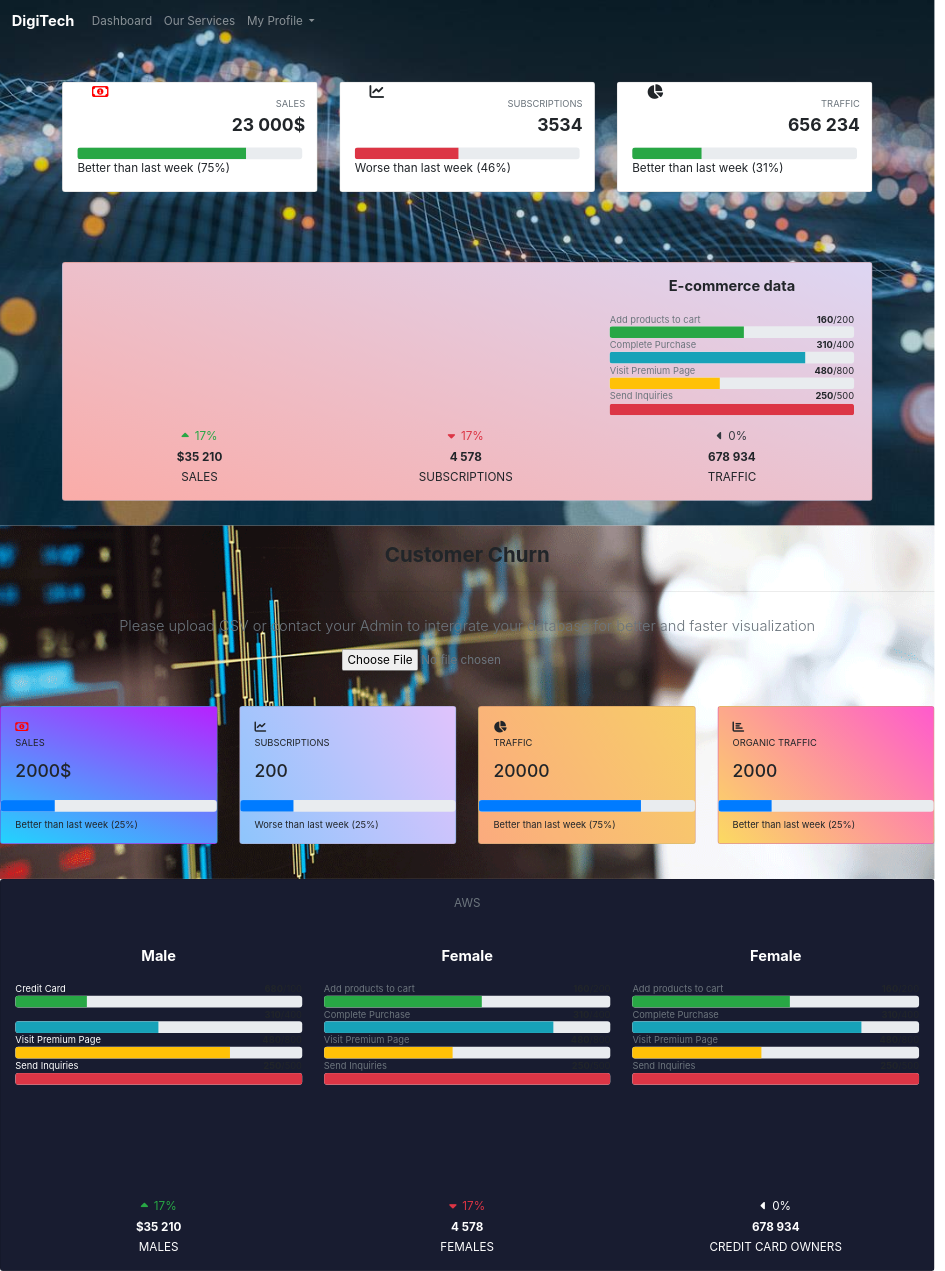
Repository: Tookliin/DigiTech
Page: /data
These files come from the project's save history. The page is drawn as it stood at one moment and after the next save; the edit follows.
The browser window is 1280 px wide. The page is 1295 px wide, so the pictures cover 1295 px, including what lies to the right of the window. The pictures show the whole page, at 73% of full size.
The project was rebuilt for these pictures with package versions that can differ from the ones it lists, and the page was loaded fresh each time. Also part of the build but not shown: src/components/Dashboard.vue, src/components/Profile.vue, src/components/Error.vue, src/components/Register.vue.

Above is the page before, as saved 2020-07-22 09:31:59.

### src/App.vue
<template>
  <div id="app">
    <main class="">
  <nav class="navbar fixed-top navbar-expand-lg navbar-dark scrolling-navbar">
        <a class="navbar-brand" href="/"><strong>DigiTech</strong></a>
        <button class="navbar-toggler" type="button" data-toggle="collapse" data-target="#navbarSupportedContent" aria-controls="navbarSupportedContent" aria-expanded="false" aria-label="Toggle navigation">
            <span class="navbar-toggler-icon"></span>
        </button>
        <div class="collapse navbar-collapse" id="navbarSupportedContent">
            <ul class="navbar-nav mr-auto">
              <router-link to="/">
              <a class="nav-link">Dashboard <span class="sr-only">(current)</span></a></router-link>

                <router-link to="/profile">
                  <a class="nav-link" >Our Services</a>
                </router-link>


                 <li class="nav-item dropdown">
          <a class="nav-link dropdown-toggle" id="navbarDropdownMenuLink-4" data-toggle="dropdown" aria-haspopup="true"
            aria-expanded="false">
           My Profile
          </a>
          <div class="dropdown-menu dropdown-menu-right dropdown-info" aria-labelledby="navbarDropdownMenuLink-4">
             <router-link to="/data">
             <a class="dropdown-item">Account</a></router-link>

             <router-link to="/register">
             <a class="dropdown-item">Register</a></router-link>

             <router-link to="/logout">
             <a class="dropdown-item">Log out</a></router-link>



            <!-- <a class="dropdown-item" href="/data">Our Clients</a> -->
          </div>
        </li>
            </ul>
        </div>
    </nav>
    </main>
    <router-view/>
  </div>
</template>
<script>
export default {
  name: "App",
  components:{

  },
  data(){
    return{}
  }
}
</script>

### src/components/Organization.vue
<template>

<div class="">
<div class="data" style="height: 100vh;">

<div class="container ">
    <div class="row">
      <div class="col-lg-4 col-md-12 py-5 my-5">
        <div class="card mt-3">

          <div class="">
            <i class="far fa-money-bill-alt fa-lg primary-color z-depth-2 p-4 ml-3 mt-n3 rounded text-black"></i>
            <div class="float-right text-right p-3">
              <p class="text-uppercase text-muted mb-1"><small>sales</small></p>
              <h4 class="font-weight-bold mb-0">23 000$</h4>
            </div>
          </div>

          <div class="card-body pt-0">
            <div class="progress md-progress">
              <div class="progress-bar bg-success" role="progressbar" style="width: 75%" aria-valuenow="75" aria-valuemin="0"
                aria-valuemax="100"></div>
            </div>
            <p class="card-text">Better than last week (75%)</p>
          </div>
        </div>
      </div>

      <div class="col-lg-4 col-md-6 my-5 py-5">
        <div class="card mt-3">
          <div class="">
            <i class="fas fa-chart-line fa-lg teal z-depth-2 p-4 ml-3 mt-n3 rounded text-black"></i>
            <div class="float-right text-right p-3">
              <p class="text-uppercase text-muted mb-1"><small>subscriptions</small></p>
              <h4 class="font-weight-bold mb-0">3534</h4>
            </div>
          </div>
          <div class="card-body pt-0">
            <div class="progress md-progress">
              <div class="progress-bar bg-danger" role="progressbar" style="width: 46%" aria-valuenow="46" aria-valuemin="0"
                aria-valuemax="100"></div>
            </div>
            <p class="card-text">Worse than last week (46%)</p>
          </div>
        </div>
      </div>

      <div class="col-lg-4 col-md-6 my-5 py-5">
        <div class="card mt-3">
          <div class="">
            <i class="fas fa-chart-pie fa-lg purple z-depth-2 p-4 ml-3 mt-n3 rounded text-black"></i>
            <div class="float-right text-right p-3">
              <p class="text-uppercase text-muted mb-1"><small>traffic</small></p>
              <h4 class="font-weight-bold mb-0">656 234</h4>
            </div>
          </div>
          <div class="card-body pt-0">
            <div class="progress md-progress">
              <div class="progress-bar bg-success" role="progressbar" style="width: 31%" aria-valuenow="31" aria-valuemin="0"
                aria-valuemax="100"></div>
            </div>
            <p class="card-text">Better than last week (31%)</p>
          </div>
        </div>
      </div>
    </div>


    <!-- Client Behaviour -->
 <section>
      <div class=" client-card card">
        <div class="card-body mr-md-1">
          <div class="row mb-3">
            <div class="col-md-8 mb-4">
              <canvas id="barChart" height="100"></canvas>
            </div>
            <div class="col-md-4 mb-1 mb-md-0">
              <h5 class="text-center font-weight-bold mb-4">E-commerce data</h5>
              <div class="d-flex justify-content-between">
                <small class="text-muted">Add products to cart</small>
                <small><span><strong>160</strong></span>/<span></span>200</small>
              </div>
              <div class="progress md-progress">
                <div class="progress-bar bg-success" role="progressbar" style="width: 55%" aria-valuenow="55"
                  aria-valuemin="0" aria-valuemax="100"></div>
              </div>
              <div class="d-flex justify-content-between">
                <small class="text-muted">Complete Purchase</small>
                <small><span><strong>310</strong></span>/<span></span>400</small>
              </div>
              <div class="progress md-progress">
                <div class="progress-bar bg-info" role="progressbar" style="width: 80%" aria-valuenow="80"
                  aria-valuemin="0" aria-valuemax="100"></div>
              </div>
              <div class="d-flex justify-content-between">
                <small class="text-muted">Visit Premium Page</small>
                <small><span><strong>480</strong></span>/<span></span>800</small>
              </div>
              <div class="progress md-progress">
                <div class="progress-bar bg-warning" role="progressbar" style="width: 45%" aria-valuenow="45"
                  aria-valuemin="0" aria-valuemax="100"></div>
              </div>
              <div class="d-flex justify-content-between">
                <small class="text-muted">Send Inquiries</small>
                <small><span><strong>250</strong></span>/<span></span>500</small>
              </div>
              <div class="progress md-progress">
                <div class="progress-bar bg-danger" role="progressbar" style="width: 100%" aria-valuenow="100"
                  aria-valuemin="0" aria-valuemax="100"></div>
              </div>
            </div>
          </div>
          <div class="row text-center">
            <div class="col-md-4 mb-4 mb-md-0">
              <p class="text-success mb-1"><i class="fas fa-caret-up mr-2"></i>17%</p>
              <p class="font-weight-bold mb-1">$35 210</p>
              <p class="text-uppercase mb-md-0">Sales</p>
            </div>
            <div class="col-md-4 mb-4 mb-md-0">
              <p class="text-danger mb-1"><i class="fas fa-caret-down mr-2"></i>17%</p>
              <p class="font-weight-bold mb-1">4 578</p>
              <p class="text-uppercase mb-md-0">Subscriptions</p>
            </div>
            <div class="col-md-4 mb-0">
              <p class="text-dark mb-1"><i class="fas fa-caret-left mr-2"></i>0%</p>
              <p class="font-weight-bold mb-1">678 934</p>
              <p class="text-uppercase mb-0">Traffic</p>
            </div>
          </div>
        </div>
      </div>
    </section>
    </div>
    </div>

<!-- Customer Churn -->
<section class=" customer-churn py-4">

    <h3 class="font-weight-bold text-center dark-grey-text pb-2">
        Customer Churn</h3>
    <hr class="w-header my-4">
    <p class="lead text-center text-muted pt-2 mb-3">Please upload CSV or contact your Admin to intergrate your database for better and faster visualization

    </p>
    <div class="text-center text-muted mb-5">
        <input type="file" name="form" id="form">
        <a class="primary-color"></a>
    </div>


    <div class="row white-text">
      <div class="col-xl-3 col-md-6 mb-4">
        <div class="sales card classic-admin-card primary-color">
          <div class="card-body py-3">
            <i class="far fa-money-bill-alt"></i>
            <p class="small">SALES</p>
            <h4>2000$</h4>
          </div>
          <div class="progress md-progress">
            <div class="progress-bar grey darken-3" role="progressbar" style="width: 25%" aria-valuenow="25" aria-valuemin="0" aria-valuemax="100"></div>
          </div>
          <div class="card-body pt-2 pb-3">
            <p class="small mb-0">Better than last week (25%)</p>
          </div>
        </div>
      </div>

      <div class="col-xl-3 col-md-6 mb-4">
        <div class="subscription card classic-admin-card warning-color">
          <div class="card-body py-3">
            <i class="fas fa-chart-line"></i>
            <p class="small">SUBSCRIPTIONS</p>
            <h4>200</h4>
          </div>
          <div class="progress md-progress">
            <div class="progress-bar bg grey darken-3" role="progressbar" style="width: 25%" aria-valuenow="25" aria-valuemin="0" aria-valuemax="100"></div>
          </div>
          <div class="card-body pt-2 pb-3">
            <p class="small mb-0">Worse than last week (25%)</p>
          </div>
        </div>
      </div>

      <div class="col-xl-3 col-md-6 mb-4">
        <div class="traffic card classic-admin-card light-blue lighten-1">
          <div class="card-body py-3">
            <i class="fas fa-chart-pie"></i>
            <p class="small">TRAFFIC</p>
            <h4>20000</h4>
          </div>
          <div class="progress md-progress">
            <div class="progress-bar grey darken-3" role="progressbar" style="width: 75%" aria-valuenow="75" aria-valuemin="0" aria-valuemax="100"></div>
          </div>
          <div class="card-body pt-2 pb-3">
            <p class="small mb-0">Better than last week (75%)</p>
          </div>
        </div>
      </div>

      <div class="col-xl-3 col-md-6 mb-4">
        <div class="organic card classic-admin-card red accent-2">
          <div class="card-body py-3">
            <i class="fas fa-chart-bar"></i>
            <p class="small">ORGANIC TRAFFIC</p>
            <h4>2000</h4>
          </div>
          <div class="progress md-progress">
            <div class="progress-bar grey darken-3" role="progressbar" style="width: 25%" aria-valuenow="25" aria-valuemin="0" aria-valuemax="100"></div>
          </div>
          <div class="card-body pt-2 pb-3">
            <p class="small mb-0">Better than last week (25%)</p>
          </div>
        </div>
      </div>
    </div>
  </section>


   <section>

    <div class="card" style="background-color: #181C30;">
      <div class="card-body">
            <div class="text-center text-muted mb-5">
                <a class="primary-color">AWS</a>

            </div>
                <div class="row">

        <!--Grid column-->
        <div class="col-md-4 mb-4">

          <h5 class="text-center text-white font-weight-bold mb-4">Male</h5>

          <div class="d-flex justify-content-between">
            <small class="text-white">Credit Card</small>
            <small><span><strong>680</strong></span>/<span></span>100</small>
          </div>

          <div class="progress md-progress">
            <div class="progress-bar bg-success" role="progressbar" style="width: 25%" aria-valuenow="25"
              aria-valuemin="0" aria-valuemax="100"></div>
          </div>

          <div class="d-flex justify-content-between">
            <small class="text-white"></small>
            <small><span><strong>310</strong></span>/<span></span>400</small>
          </div>
          <div class="progress md-progress">
            <div class="progress-bar bg-info" role="progressbar" style="width: 50%" aria-valuenow="50" aria-valuemin="0"
              aria-valuemax="100"></div>
          </div>

          <div class="d-flex justify-content-between">
            <small class="text-white">Visit Premium Page</small>
            <small><span><strong>480</strong></span>/<span></span>800</small>
          </div>
          <div class="progress md-progress">
            <div class="progress-bar bg-warning" role="progressbar" style="width: 75%" aria-valuenow="75"
              aria-valuemin="0" aria-valuemax="100"></div>
          </div>

          <div class="d-flex justify-content-between">
            <small class="text-white">Send Inquiries</small>
            <small><span><strong>250</strong></span>/<span></span>500</small>
          </div>
          <div class="progress md-progress">
            <div class="progress-bar bg-danger" role="progressbar" style="width: 100%" aria-valuenow="100"
              aria-valuemin="0" aria-valuemax="100"></div>
          </div>
        </div>


      <div class="col-md-4 mb-4">
          <h5 class="text-center text-white font-weight-bold mb-4">Female</h5>
          <div class="d-flex justify-content-between">
            <small class="text-muted">Add products to cart</small>
            <small><span><strong>160</strong></span>/<span></span>200</small>
          </div>
          <div class="progress md-progress">
            <div class="progress-bar bg-success" role="progressbar" style="width: 55%" aria-valuenow="55"
              aria-valuemin="0" aria-valuemax="100"></div>
          </div>

          <div class="d-flex justify-content-between">
            <small class="text-muted">Complete Purchase</small>
            <small><span><strong>310</strong></span>/<span></span>400</small>
          </div>

          <div class="progress md-progress">
            <div class="progress-bar bg-info" role="progressbar" style="width: 80%" aria-valuenow="80" aria-valuemin="0"
              aria-valuemax="100"></div>
          </div>

          <div class="d-flex justify-content-between">
            <small class="text-muted">Visit Premium Page</small>
            <small><span><strong>480</strong></span>/<span></span>800</small>
          </div>

          <div class="progress md-progress">
            <div class="progress-bar bg-warning" role="progressbar" style="width: 45%" aria-valuenow="45"
              aria-valuemin="0" aria-valuemax="100"></div>
          </div>

          <div class="d-flex justify-content-between">
            <small class="text-muted">Send Inquiries</small>
            <small><span><strong>250</strong></span>/<span></span>500</small>
          </div>
          <div class="progress md-progress">
            <div class="progress-bar bg-danger" role="progressbar" style="width: 100%" aria-valuenow="100"
              aria-valuemin="0" aria-valuemax="100"></div>
          </div>
        </div>



        <div class="col-md-4 mb-4">
          <h5 class="text-center text-white font-weight-bold mb-4">Female</h5>
          <div class="d-flex justify-content-between">
            <small class="text-muted">Add products to cart</small>
            <small><span><strong>160</strong></span>/<span></span>200</small>
          </div>
          <div class="progress md-progress">
            <div class="progress-bar bg-success" role="progressbar" style="width: 55%" aria-valuenow="55"
              aria-valuemin="0" aria-valuemax="100"></div>
          </div>

          <div class="d-flex justify-content-between">
            <small class="text-muted">Complete Purchase</small>
            <small><span><strong>310</strong></span>/<span></span>400</small>
          </div>

          <div class="progress md-progress">
            <div class="progress-bar bg-info" role="progressbar" style="width: 80%" aria-valuenow="80" aria-valuemin="0"
              aria-valuemax="100"></div>
          </div>

          <div class="d-flex justify-content-between">
            <small class="text-muted">Visit Premium Page</small>
            <small><span><strong>480</strong></span>/<span></span>800</small>
          </div>

          <div class="progress md-progress">
            <div class="progress-bar bg-warning" role="progressbar" style="width: 45%" aria-valuenow="45"
              aria-valuemin="0" aria-valuemax="100"></div>
          </div>

          <div class="d-flex justify-content-between">
            <small class="text-muted">Send Inquiries</small>
            <small><span><strong>250</strong></span>/<span></span>500</small>
          </div>
          <div class="progress md-progress">
            <div class="progress-bar bg-danger" role="progressbar" style="width: 100%" aria-valuenow="100"
              aria-valuemin="0" aria-valuemax="100"></div>
          </div>
        </div>
      </div>

        <canvas id="lineChart" class="mb-4" height="100"></canvas>
        <div class="row text-center text-white">
          <div class="col-md-4 mb-4 mb-md-0">
            <p class="text-success mb-1"><i class="fas fa-caret-up mr-2"></i>17%</p>
            <p class="font-weight-bold mb-1">$35 210</p>
            <p class="text-uppercase mb-md-0">Males</p>
          </div>

          <div class="col-md-4 mb-4 mb-md-0">
            <p class="text-danger mb-1"><i class="fas fa-caret-down mr-2"></i>17%</p>
            <p class="font-weight-bold mb-1">4 578</p>
            <p class="text-uppercase mb-md-0">Females</p>
          </div>

          <div class="col-md-4 mb-0">
            <p class="text-grey mb-1"><i class="fas fa-caret-left mr-2"></i>0%</p>
            <p class="font-weight-bold mb-1">678 934</p>
            <p class="text-uppercase mb-0">Credit Card Owners</p>
          </div>
        </div>
      </div>
    </div>
  </section>
    </div>
</template>
<script>
export default {
    name: 'Profile',
    props:{


    }, data() {
        return {
            male: 8137,
            labels: ["Red", "Blue", "Yellow", "Green", "Purple", "Orange"],




        }
    },
    mounted() {

    this.ctxB = document.getElementById("barChart").getContext('2d');
    this.myBarChart =  {
      type: 'bar',
      data: {
        labels: ["Red", "Blue", "Yellow", "Green", "Purple", "Orange"],
        datasets: [{
          label: '# of Votes',
          data: [12, 19, 3, 5, 2, 3],
          backgroundColor: [
            'rgba(255, 99, 132, 0.2)',
            'rgba(54, 162, 235, 0.2)',
            'rgba(255, 206, 86, 0.2)',
            'rgba(75, 192, 192, 0.2)',
            'rgba(153, 102, 255, 0.2)',
            'rgba(255, 159, 64, 0.2)'
          ],
          borderColor: [
            'rgba(255,99,132,1)',
            'rgba(54, 162, 235, 1)',
            'rgba(255, 206, 86, 1)',
            'rgba(75, 192, 192, 1)',
            'rgba(153, 102, 255, 1)',
            'rgba(255, 159, 64, 1)'
          ],
          borderWidth: 1
        }]
      },
      options: {
        scales: {
          yAxes: [{
            ticks: {
              beginAtZero: true
            }
          }]
        }
      }
    };
    },
    methods: {

    },
}
</script>

Loaded but not shown: public/index.html (common file); src/main.js (35 lines, source omitted); src/assets/css/main.css (124 lines, source omitted)

After the next save:
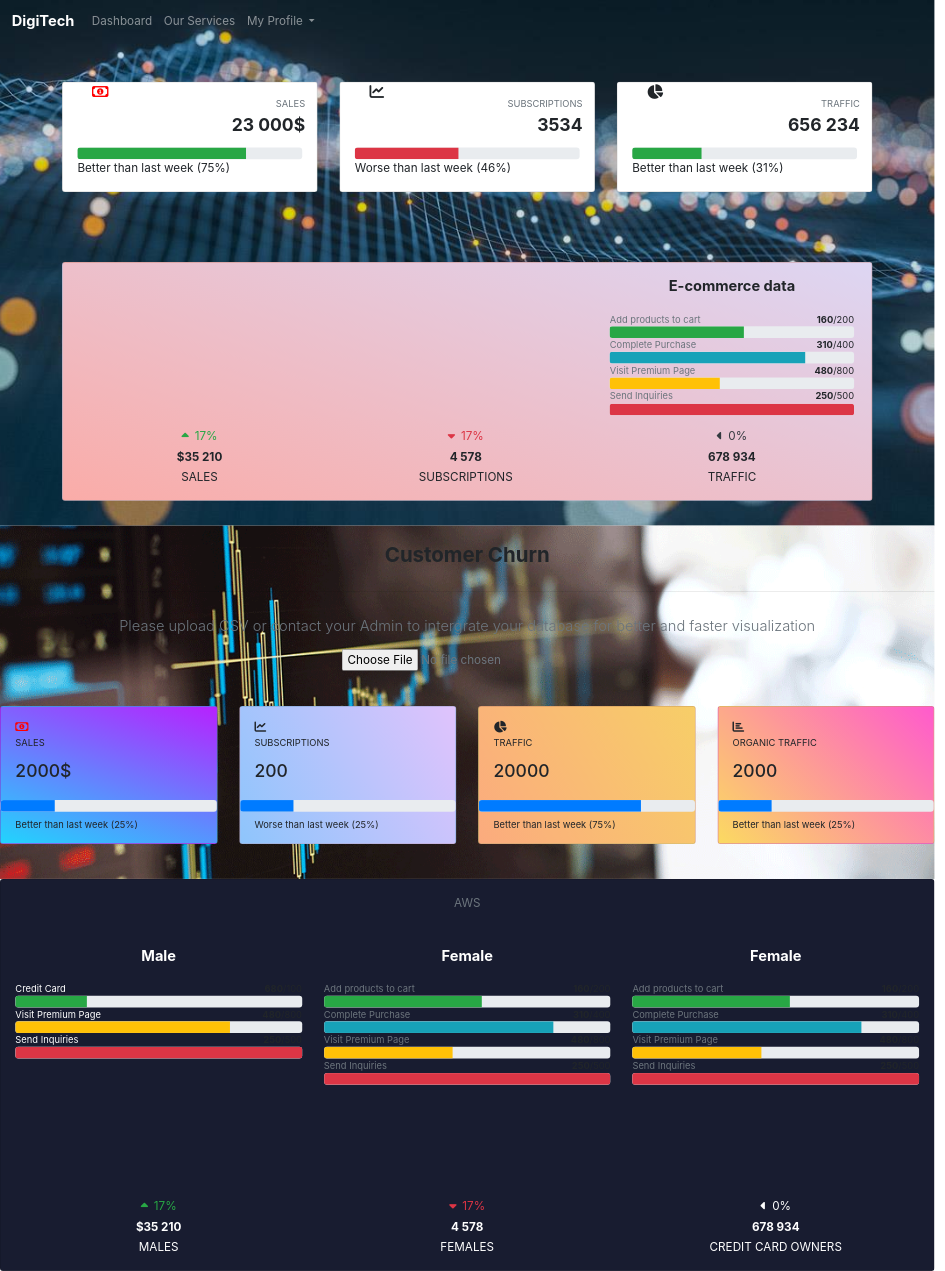
Saved 9 s later.
--- a/src/components/Organization.vue
+++ b/src/components/Organization.vue
@@ -241,14 +241,7 @@
               aria-valuemin="0" aria-valuemax="100"></div>
           </div>
 
-          <div class="d-flex justify-content-between">
-            <small class="text-white"></small>
-            <small><span><strong>310</strong></span>/<span></span>400</small>
-          </div>
-          <div class="progress md-progress">
-            <div class="progress-bar bg-info" role="progressbar" style="width: 50%" aria-valuenow="50" aria-valuemin="0"
-              aria-valuemax="100"></div>
-          </div>
+
 
           <div class="d-flex justify-content-between">
             <small class="text-white">Visit Premium Page</small>
